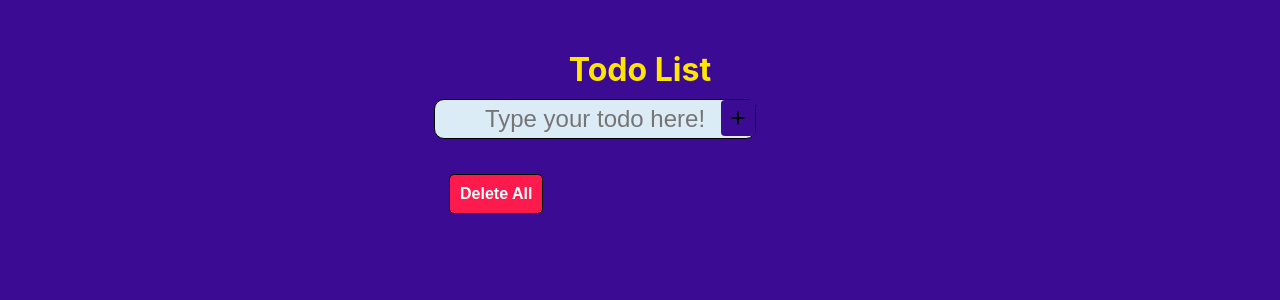
Repository: badhon252/todo-app
Page: /
An editor plug-in stored every save of this project. The page is shown before and after the next save, followed by the edit.
The browser window is 1280 px wide. The pictures show the whole page.
The project was rebuilt for these pictures with package versions that can differ from the ones it lists, and the page was loaded fresh each time.

Above is the page before, as saved 2022-01-26 17:46:34.

After the next save:
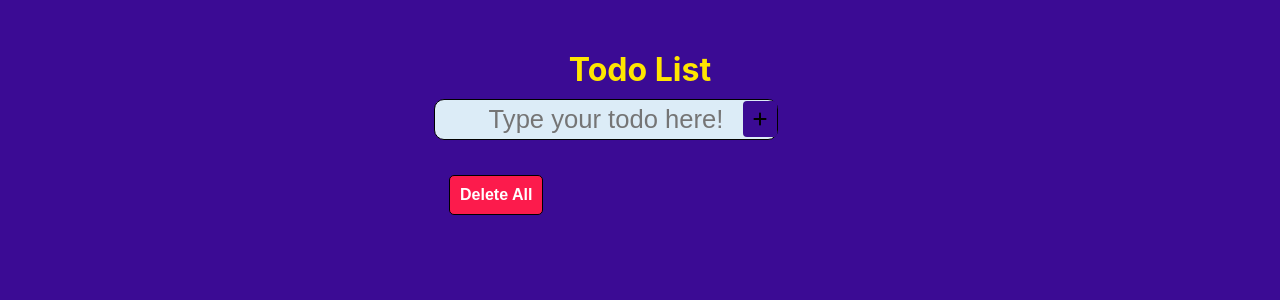
Saved 17 s later.
--- a/src/Styles/style.css
+++ b/src/Styles/style.css
@@ -17,7 +17,7 @@
 #input-box {
   color: #000000;
   padding: 5px;
-  font-size: 1.5rem;
+  font-size: 1.6rem;
   border: 1px solid #000;
   background-color: #dcecf7;
   border-radius: 10px;

After the save that followed:
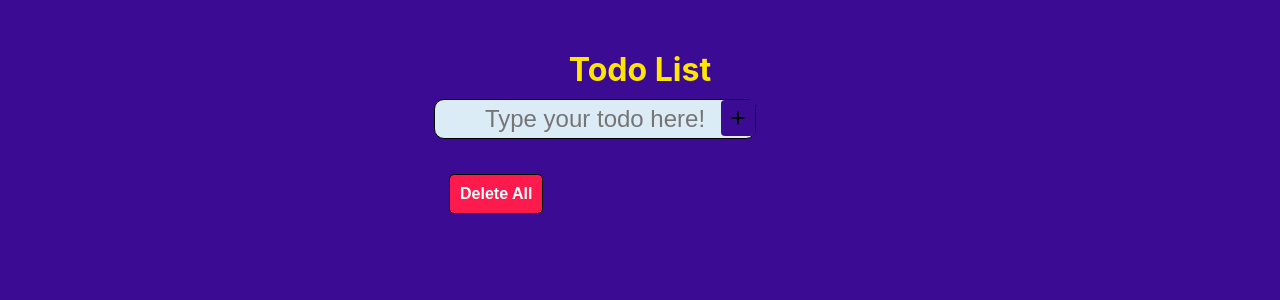
Saved 5 s later.
--- a/src/Styles/style.css
+++ b/src/Styles/style.css
@@ -17,7 +17,7 @@
 #input-box {
   color: #000000;
   padding: 5px;
-  font-size: 1.6rem;
+  font-size: 1.5rem;
   border: 1px solid #000;
   background-color: #dcecf7;
   border-radius: 10px;
